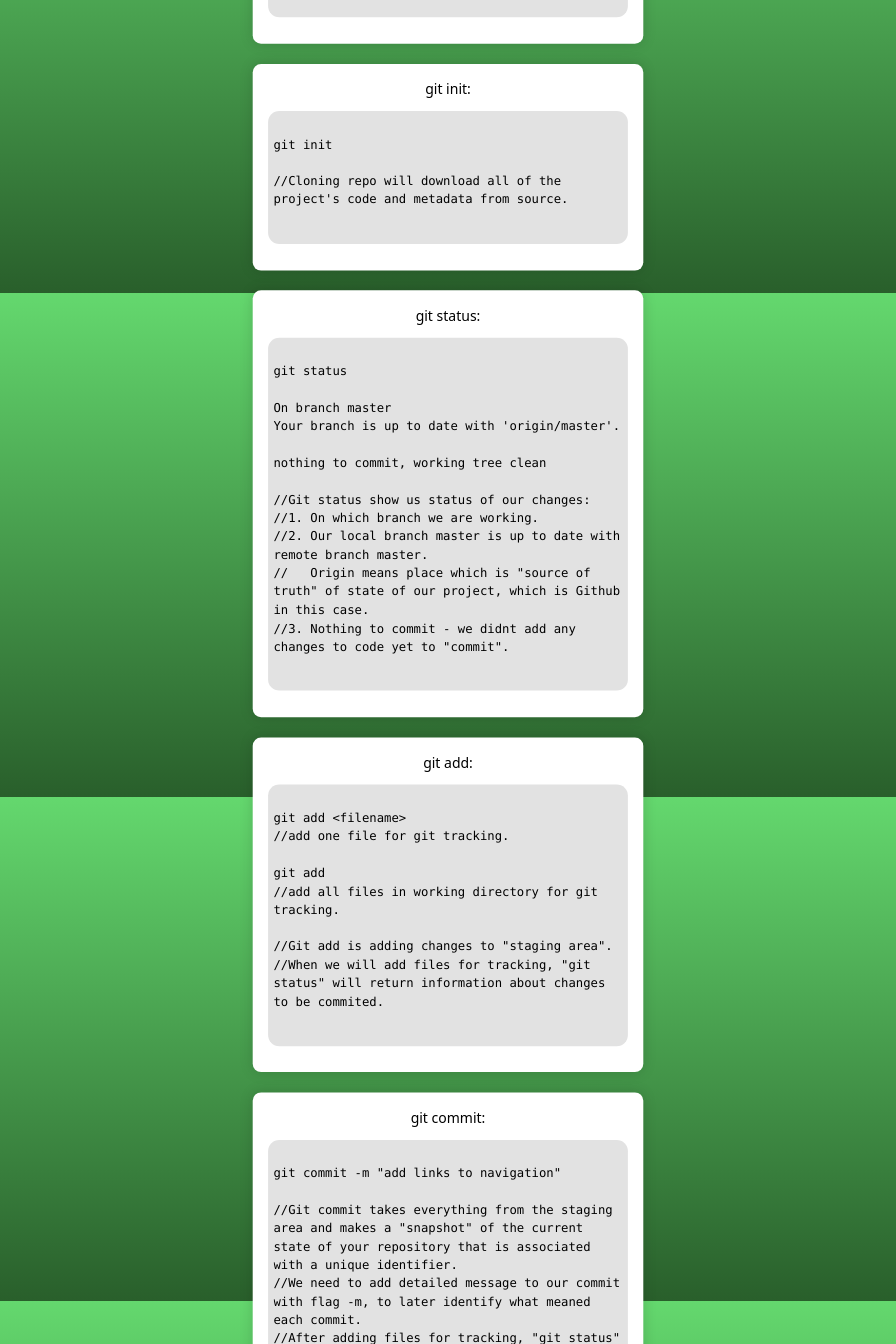
Repository: michalgornicki/git
Page: /#/Basics
These files come from the project's save history. The page is drawn as it stood at one moment and after the next save; the edit follows.
The browser window is 1280 px wide. The pictures show the part of the page from y = 1022 to 2942 px (the page is 10426 px tall before and 10400 px after), at 70% of full size.
Backgrounds fixed to the window are drawn as part of the page. The project was rebuilt for these pictures with package versions that can differ from the ones it lists, and the page was loaded fresh each time. Also part of the build but not shown: src/components/structure.jsx, src/components/conflicts.jsx.

Above is the page before, as saved 2022-02-10 13:37:57.

### src/App.jsx
import React from "react";
import "./App.css";
import "bootstrap/dist/css/bootstrap.min.css";
import { Route, HashRouter as Router, Routes, Link } from "react-router-dom";
import Basics from "./components/basics.jsx";
import Structure from "./components/structure.jsx";
import Conflicts from "./components/conflicts.jsx";

function App() {
  return (
    <Router>
      <div className="text-center">
        <div className="display-1 mt-1 mb-5 text-white">Git repeat course</div>

        <div className="h3 d-flex w-75 m-auto my-5 justify-content-evenly flex-wrap text-white">
          <Link className="link-style mx-3" to="/Basics">
            Basics
          </Link>
          <Link className="link-style mx-3" to="/Structure">
            Project structure
          </Link>
          <Link className="link-style mx-3" to="/Conflicts">
            Conflicts
          </Link>
        </div>

        <Routes>
          <Route path="/Basics" element={<Basics />} />
          <Route path="/Structure" element={<Structure />} />
          <Route path="/Conflicts" element={<Conflicts />} />
        </Routes>
      </div>
    </Router>
  );
}

export default App;

### src/App.css
@import url('https://fonts.googleapis.com/css2?family=Catamaran:wght@400&display=swap');

body{
    font-family: 'Catamaran', sans-serif;
    overflow-x: hidden;
    padding-bottom: 80vh;
    height: auto;
    background: linear-gradient(rgb(100, 216, 110), rgb(41, 95, 43));
    background-attachment: fixed;
}

.js-item{
    color:rgb(0, 0, 0);
    font-size: 1.25rem;
    background-color: rgb(255, 255, 255);
    transition: 0.2s;
    padding: 3vh;
    margin-bottom: 4vh!important;
    width: 50%;
    margin-left: auto;
    margin-right: auto;
    box-shadow: 0px 0px 20px rgba(0, 0, 0, 0.15);
    border-radius: 0.75rem;
}

.text-pink{
    padding: 0.5rem;
    margin-top: 1rem;
    margin-bottom: 1rem;
    color:rgb(0, 0, 0)!important;
    font-size: 1.25rem;
    border-radius: 1rem;
    text-align: left;
    background-color: rgb(226, 226, 226);
}

pre {
    white-space: pre-wrap;       /* css-3 */
    white-space: -moz-pre-wrap;  /* Mozilla, since 1999 */
    white-space: -pre-wrap;      /* Opera 4-6 */
    white-space: -o-pre-wrap;    /* Opera 7 */
    word-wrap: break-word;       /* Internet Explorer 5.5+ */
   }

.link-style{
    color: inherit;
    text-decoration: inherit;
}

.link-style:hover{
    color: rgb(255, 138, 84);
}

@media only screen and (max-device-width: 600px), (max-width: 600px) {

    .js-item{
        width: 95%;
    }

}

### src/components/basics.jsx
const Basics = () => {
  return (
    <div className="container">
      <div className="js-item">
        {" "}
        <div className="">Setup: </div>
        <div className="text-pink">
          <pre>{`
First you should:
1. Install git from git website:
https://git-scm.com/book/en/v2/Getting-Started-Installing-Git
2. Signup for Github account (or similar alternative like Gitlab) and create new repository.

If you use Microsoft Visual Studio Code (which i recommend) you can skip first point, because it have git built-in.
You can control git using terminal.
          `}</pre>
        </div>
      </div>
      <div className="js-item">
        {" "}
        <div className="">git clone: </div>
        <div className="text-pink">
          <pre>{`
git clone https://github.com/michalgornicki/react.git

//Cloning repo will download all of the project's code and metadata from source.
          `}</pre>
        </div>
      </div>

      <div className="js-item">
        {" "}
        <div className="">git init: </div>
        <div className="text-pink">
          <pre>{`
git init

//Cloning repo will download all of the project's code and metadata from source.
          `}</pre>
        </div>
      </div>

      <div className="js-item">
        {" "}
        <div className="">git status: </div>
        <div className="text-pink">
          <pre>{`
git status

On branch master
Your branch is up to date with 'origin/master'.

nothing to commit, working tree clean

//Git status show us status of our changes:
//1. On which branch we are working.
//2. Our local branch master is up to date with remote branch master.
//   Origin means place which is "source of truth" of state of our project, which is Github in this case.
//3. Nothing to commit - we didnt add any changes to code yet to "commit".
          `}</pre>
        </div>
      </div>
      <div className="js-item">
        {" "}
        <div className="">git add: </div>
        <div className="text-pink">
          <pre>{`
git add <filename>
//add one file for git tracking.

git add
//add all files in working directory for git tracking.

//Git add is adding changes to "staging area".
//When we will add files for tracking, "git status" will return information about changes to be commited.
          `}</pre>
        </div>
      </div>

      <div className="js-item">
        {" "}
        <div className="">git commit: </div>
        <div className="text-pink">
          <pre>{`
git commit -m "add links to navigation"

//Git commit takes everything from the staging area and makes a "snapshot" of the current state of your repository that is associated with a unique identifier.
//We need to add detailed message to our commit with flag -m, to later identify what meaned each commit.
//After adding files for tracking, "git status" will return information about changes to be commited.
          `}</pre>
        </div>
      </div>

      <div className="js-item">
        {" "}
        <div className="">git log: </div>
        <div className="text-pink">
          <pre>{`

git log

commit 52451db1ff6f6e1d2a3c45dc51050ec6df550c0e (HEAD -> master, origin/master)
Author: Michal Gornicki <gornickimichal@gmail.com>
Date:   Wed Feb 9 12:56:32 2022 +0100

    add new items

commit 78a05f0907064f5dadd4de2284dc3b10f9e7a6a7
Author: Michal Gornicki <gornickimichal@gmail.com>
Date:   Wed Feb 9 12:15:36 2022 +0100

    add new hooks

//With this command we can see information about our latest commits.

          `}</pre>
        </div>
      </div>
      <div className="js-item">
        {" "}
        <div className="">git remote: </div>
        <div className="text-pink">
          <pre>{`

git remote
//List the remote connections you have to other repositories.

git remote -v
//Same as above but with URL links to each repository.

git remote add <name> <url>
//Create a new connection to a remote repository.


//Before we push our commit to remote repository we must add connection to it.

          `}</pre>
        </div>
      </div>

      <div className="js-item">
        {" "}
        <div className="">git push: </div>
        <div className="text-pink">
          <pre>{`

git push <remote destination> <branch>
git push origin master

Enumerating objects: 15, done.
Counting objects: 100% (15/15), done.
Delta compression using up to 8 threads
Compressing objects: 100% (9/9), done.
Writing objects: 100% (9/9), 1.29 KiB | 1.29 MiB/s, done.
Total 9 (delta 7), reused 0 (delta 0), pack-reused 0
remote: Resolving deltas: 100% (7/7), completed with 6 local objects.
To https://github.com/michalgornicki/javascript
   c1ef9d3..46b6abd  master -> master

//With this command we can push our changes from local directory to origin remote - Github repository.
//After "git push" we must specify remote branch where our commit will land.

          `}</pre>
        </div>
      </div>

      <div className="js-item">
        {" "}
        <div className="">git diff: </div>
        <div className="text-pink">
          <pre>{`

git diff

-  Effect hook execute function or functions after every render of its component.
+  Effect hook execute function or functions after every render of its component by default.

//This command shows changes between commits, commit and working tree, two files etc.

          `}</pre>
        </div>
      </div>

      <div className="js-item">
        {" "}
        <div className="">git checkout: </div>
        <div className="text-pink">
          <pre>{`

git checkout -b lower-branch

Switched to a new branch 'lower-branch'

git checkout master

Switched to a branch 'master'


//Use git checkout to switch branches or create new branch.
//Branch is a pointer to a specific timeline of the Git history.
//Creating branches is key feature for working in team, you can work on separate branch without affecting core of the project code.

          `}</pre>
        </div>
      </div>
      <div className="js-item">
        {" "}
        <div className="">git merge: </div>
        <div className="text-pink">
          <pre>{`

git merge lower-branch

Updating f5b6e2f..741822a
Fast-forward
 file.txt | 1 +
 1 file changed, 1 insertion(+)
 create mode 100644 file.txt

//This command try to merge content of selected branch into current branch.

          `}</pre>
        </div>
      </div>
      <div className="js-item">
        {" "}
        <div className="">git branch -D: </div>
        <div className="text-pink">
          <pre>{`

git branch -D lower-branch

Deleted branch lower-branch (was 741822a).


//After merging our branch to master branch we can delete it with this command.

          `}</pre>
        </div>
      </div>
      <div className="js-item">
        {" "}
        <div className="">Create pull request: </div>
        <div className="text-pink">
          <pre>{`

//After pushing new branch to remote you can create new pull request on Github.
//After creating pull request anyone with push access to the repository can complete the merge your pulled request into master branch.

          `}</pre>
        </div>
      </div>
      <div className="js-item">
        {" "}
        <div className="">git restore: </div>
        <div className="text-pink">
          <pre>{`

git restore <filename>
//Restore state of single file.

git restore .
//Restore state of all files in working directory.

git restore --staged <filename>
//Unstage file.

//git restore is used to restore/discard the uncommitted local changes of files.
//It also can be used for unstage files (revert git add).
//This command returns state of local directory to last commit state.

          `}</pre>
        </div>
      </div>
      <div className="js-item">
        {" "}
        <div className="">git fetch: </div>
        <div className="text-pink">
          <pre>{`

git fetch
//This command downloads new information from the remote about the status of the repo.

git status

On branch master
Your branch is behind 'origin/master' by 2 commits, and can be fast-forwarded.
  (use "git pull" to update your local branch)

nothing to commit, working tree clean

//After git fetch when we use git status we can check if our local branch is behind remote branch.
//We can receive instruction to use git pull to update local files.

          `}</pre>
        </div>
      </div>
      <div className="js-item">
        {" "}
        <div className="">git pull: </div>
        <div className="text-pink">
          <pre>{`

git pull

//The git pull command is a shorthand for running two commands: git fetch followed by a git merge.
// Use this command to update files on local branch from remote.

          `}</pre>
        </div>
      </div>
    </div>
  );
};

export default Basics;

Loaded but not shown: public/index.html (common file); src/index.js (common file); src/index.css (common file); src/reportWebVitals.js (common file)

After the next save:
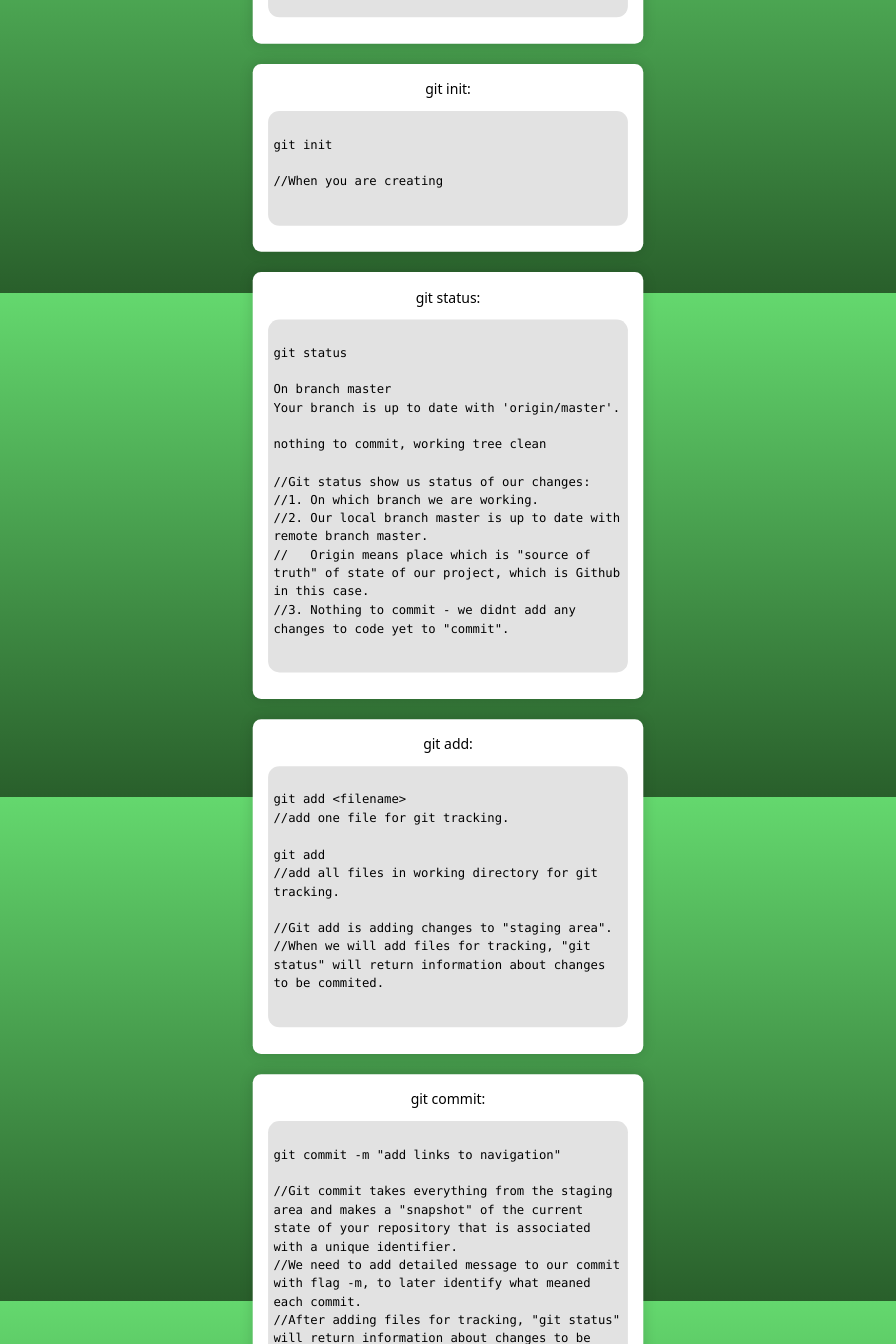
Saved 7 s later.
--- a/src/components/basics.jsx
+++ b/src/components/basics.jsx
@@ -35,7 +35,7 @@
           <pre>{`
 git init
 
-//Cloning repo will download all of the project's code and metadata from source.
+//When you are creating
           `}</pre>
         </div>
       </div>

After the 5 saves that followed:
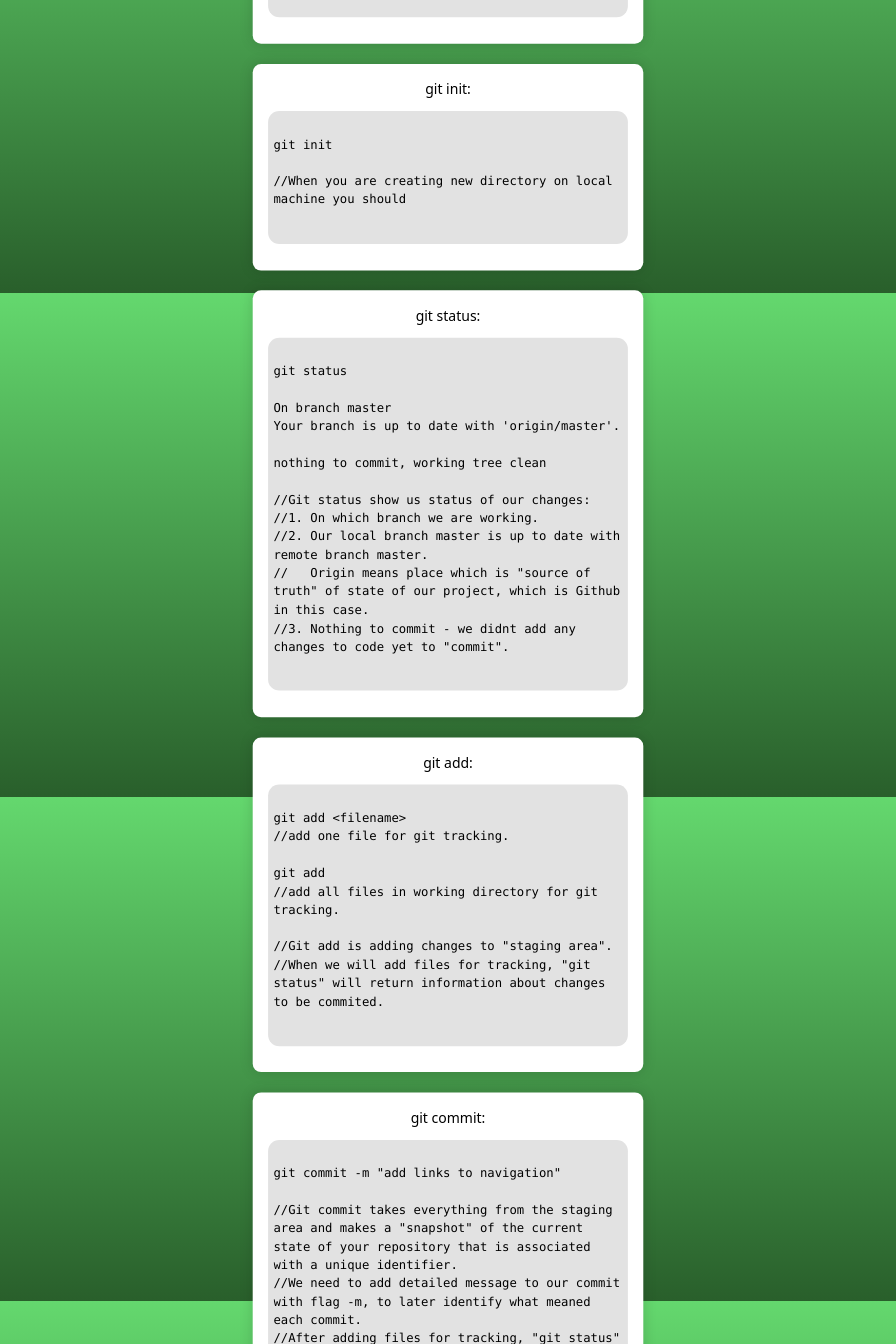
The 5 saves are shown as one change because they came seconds apart.
The last was saved 16 s later.
--- a/src/components/basics.jsx
+++ b/src/components/basics.jsx
@@ -35,7 +35,7 @@
           <pre>{`
 git init
 
-//When you are creating
+//When you are creating new directory on local machine you should
           `}</pre>
         </div>
       </div>
